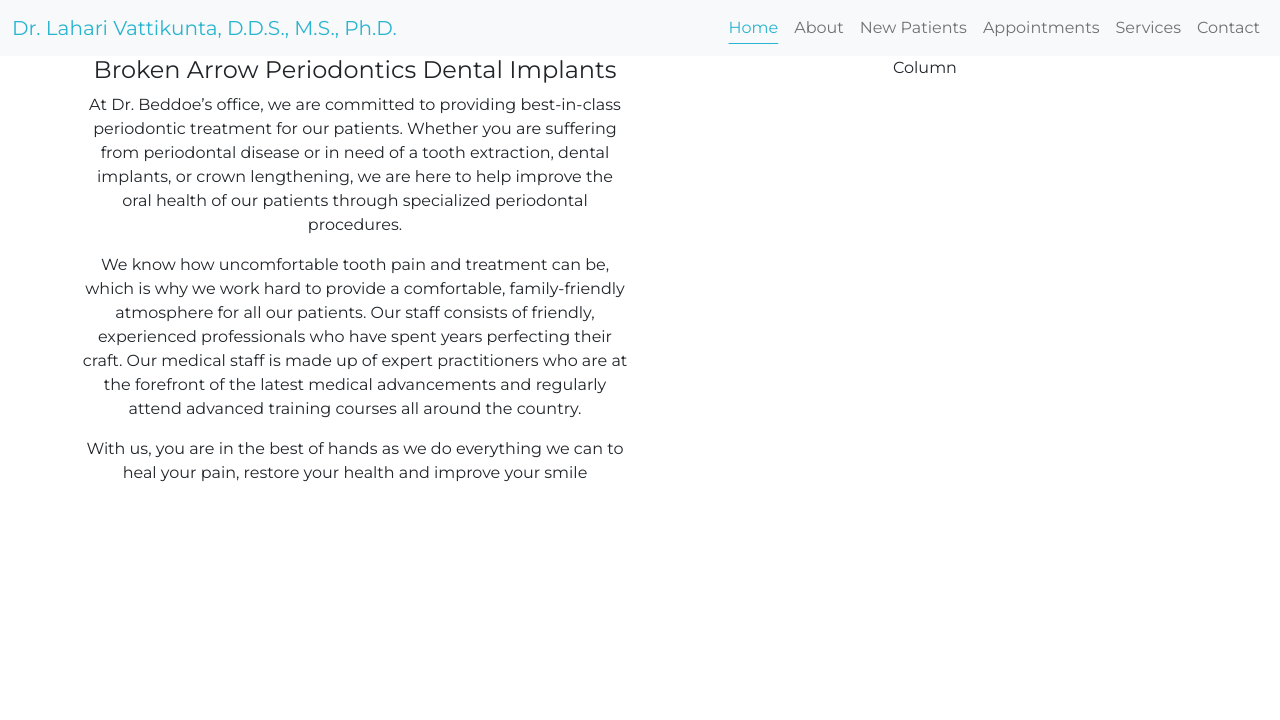
Repository: vineetha2438/baperio
Page: index.html
The author's editor kept a copy of each file at every save. The page is drawn from the files as they stood at one save, then again after the next save.
The browser window is 1280 px wide. The pictures show the whole page.

Above is the page before, as saved 2022-11-13 19:15:00.

### index.html
<!DOCTYPE html>
<html lang="en">

<head>
  <meta charset="utf-8">
  <meta name="viewport" content="width=device-width, initial-scale=1">
  <title>Broken Arrow Periodontics Dental Implants</title>
  <link href="https://cdn.jsdelivr.net/npm/bootstrap@5.2.2/dist/css/bootstrap.min.css" rel="stylesheet" integrity="sha384-Zenh87qX5JnK2Jl0vWa8Ck2rdkQ2Bzep5IDxbcnCeuOxjzrPF/et3URy9Bv1WTRi"
    crossorigin="anonymous">
  <link href='https://fonts.googleapis.com/css?family=Montserrat' rel='stylesheet'>
  <link rel="stylesheet" href="index.css">
  <style>
    body {
      font-family: 'Montserrat' !important
    }
  </style>
</head>

<body>
  <nav class="navbar navbar-expand-lg sticky-top bg-light">
    <div class="container-fluid">
      <!-- <a class="navbar-brand" href="#">Navbar</a> -->
      <p class="navbar-brand mb-0 h1 theme-blue doctor-name">Dr. Lahari Vattikunta, D.D.S., M.S., Ph.D. </p>
      <button class="navbar-toggler" type="button" data-bs-toggle="collapse" data-bs-target="#navbarSupportedContent" aria-controls="navbarSupportedContent"
        aria-expanded="false" aria-label="Toggle navigation">
        <span class="navbar-toggler-icon"></span>
      </button>
      <div class="collapse navbar-collapse" id="navbarSupportedContent">
        <ul class="navbar-nav me-auto mb-2 mb-lg-0 auto-ml-0-mr">
          <li class="nav-item">
            <a class="nav-link active theme-blue" aria-current="page" href="index.html">Home</a>
          </li>
          <li class="nav-item">
            <a class="nav-link" href="about.html">About</a>
          </li>
          <li class="nav-item">
            <a class="nav-link" href="#">New Patients</a>
          </li>
          <li class="nav-item">
            <a class="nav-link" href="#">Appointments</a>
          </li>
          <li class="nav-item">
            <a class="nav-link" href="#">Services</a>
          </li>
          <li class="nav-item">
            <a class="nav-link" href="#">Contact</a>
          </li>
        </ul>
      </div>
    </div>
  </nav>
  <div class="container text-center">
    <div class="row">
      <div class="clinic-bg" data-image="clinic_bg.jpeg"></div>
      <div class="col">
        <h4>Broken Arrow Periodontics Dental Implants</h4>
        <p>At Dr. Beddoe’s office, we are committed to providing best-in-class periodontic treatment for our patients. Whether
          you are suffering from periodontal disease or in need of a tooth extraction, dental implants, or crown lengthening,
          we are here to help improve the oral health of our patients through specialized periodontal procedures.</p>

        <p>We know how uncomfortable tooth pain and treatment can be, which is why we work hard to provide a comfortable, family-friendly
          atmosphere for all our patients. Our staff consists of friendly, experienced professionals who have spent years
          perfecting their craft. Our medical staff is made up of expert practitioners who are at the forefront of the latest
          medical advancements and regularly attend advanced training courses all around the country.</p>

        <p>With us, you are in the best of hands as we do everything we can to heal your pain, restore your health and improve
          your smile</p>
      </div>
      <div class="col">
        Column
      </div>
    </div>
  </div>
  <script src="https://cdn.jsdelivr.net/npm/bootstrap@5.2.2/dist/js/bootstrap.bundle.min.js" integrity="sha384-OERcA2EqjJCMA+/3y+gxIOqMEjwtxJY7qPCqsdltbNJuaOe923+mo//f6V8Qbsw3"
    crossorigin="anonymous"></script>
</body>

</html>

### index.css
.theme-blue {
  color: rgb(41,180,207) !important;
}

.auto-ml-0-mr {
  margin-left: auto !important;
  margin-right: 0 !important;
}

.nav-link.active {
  text-decoration: underline;
  text-underline-offset: 10px;
}

.clinic-bg {
  opacity: 0.6;
  position: absolute;
  left: 0;
  top: 0;
  width: 100%;
  height: auto;
  background-image: url('./clinic_bg.jpeg')
}

.doctor-name {
  overflow: hidden;
  text-overflow: ellipsis;
}

After the next save:
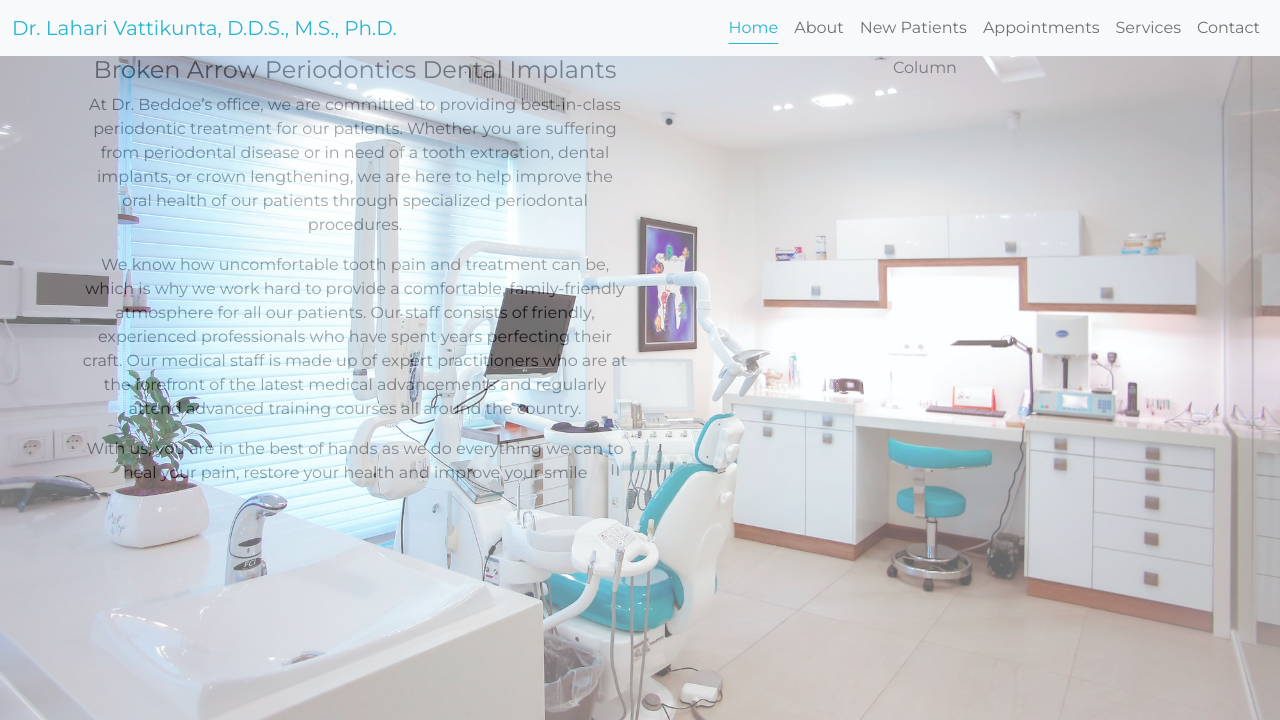
Saved 2 min 5 s later.
--- a/index.css
+++ b/index.css
@@ -19,7 +19,13 @@
   top: 0;
   width: 100%;
   height: auto;
-  background-image: url('./clinic_bg.jpeg')
+  background-image: url('./clinic_bg.jpeg');
+  right: 0;
+  bottom: 0;
+  background-repeat: no-repeat;
+  background-attachment: scroll;
+  background-position: center center;
+  background-size: cover;
 }
 
 .doctor-name {
